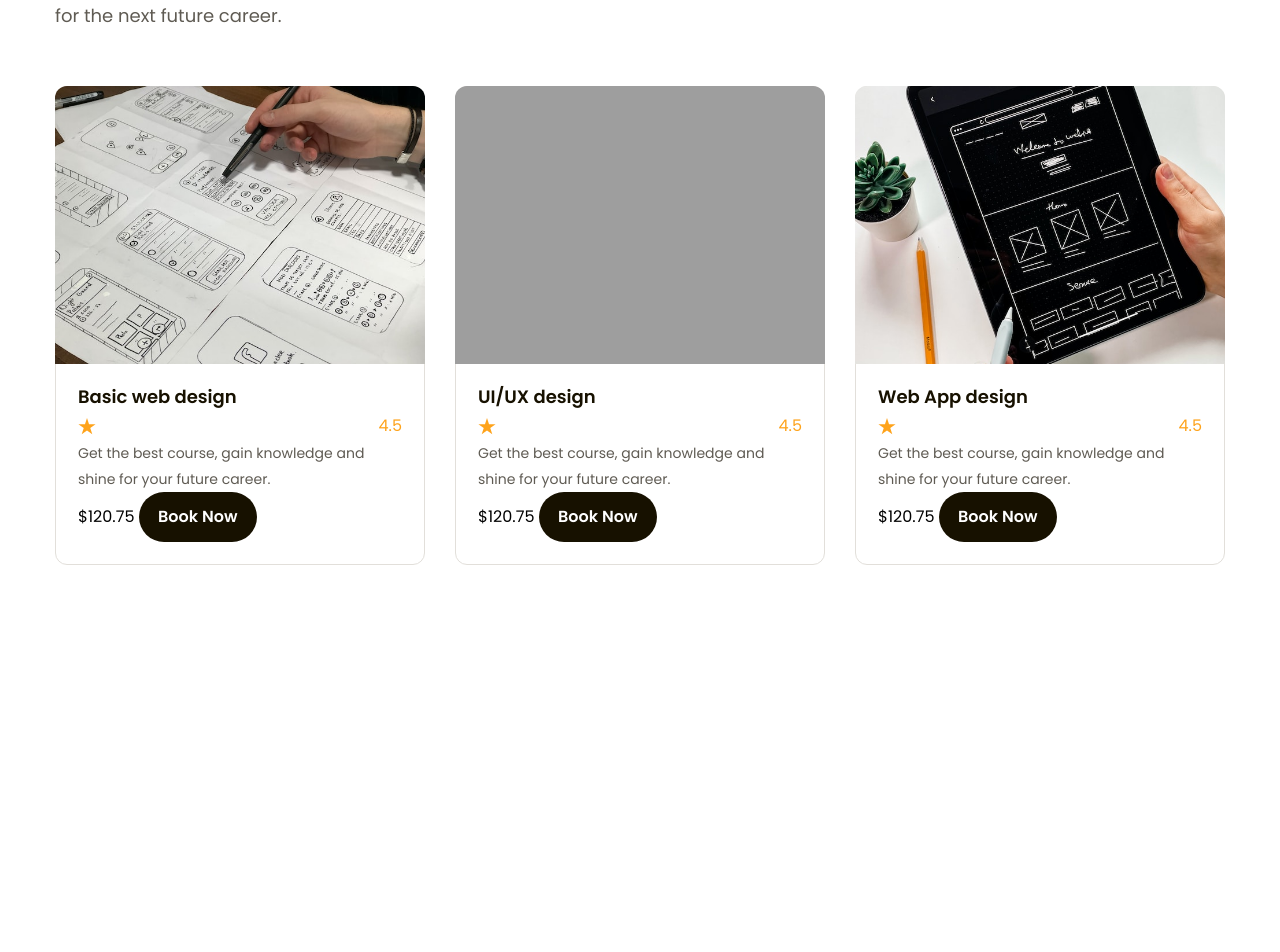
Repository: Tran-Dat/F8-Project-02
Page: index.html
These files come from the project's save history. The page is drawn as it stood at one moment and after the next save; the edit follows.
The browser window is 1280 px wide. The pictures show the part of the page from y = 1193 to 2145 px (the page is 3000 px tall).
Pictures or frames that could not be fetched are drawn as grey boxes. A picture or video elsewhere on the page could not be fetched, so the positions and the page height are approximate.

Above is the page before, as saved 2023-03-30 18:42:58.

### index.html
<!DOCTYPE html>
<html lang="en">
    <head>
        <meta charset="UTF-8" />
        <meta http-equiv="X-UA-Compatible" content="IE=edge" />
        <meta name="viewport" content="width=device-width, initial-scale=1.0" />
        <title>F8 Project 02</title>
        <!-- reset css -->
        <link rel="stylesheet" href="assets/css/reset.css" />

        <!-- Font gg -->
        <link rel="preconnect" href="https://fonts.googleapis.com" />
        <link rel="preconnect" href="https://fonts.gstatic.com" crossorigin />
        <link
            href="https://fonts.googleapis.com/css2?family=Poppins:ital,wght@0,400;0,500;0,600;0,700;1,400&family=Sen:wght@700&display=swap"
            rel="stylesheet"
        />

        <!-- styles css -->
        <link rel="stylesheet" href="assets/css/styles.css" />
    </head>
    <body>
        <main style="height: 3000px">
            <!-- Header -->
            <header class="header fixed">
                <div class="main-content">
                    <div class="body">
                        <!-- Logo -->
                        <img
                            src="./assets/img/Logo-Lesson.svg"
                            alt="Lesseon"
                            class="logo"
                        />

                        <!-- Nav -->
                        <nav class="nav">
                            <ul>
                                <li class="active">
                                    <a href="#!">Home</a>
                                </li>
                                <li>
                                    <a href="#!">Courses</a>
                                </li>
                                <li>
                                    <a href="#!">Pricing</a>
                                </li>
                                <li>
                                    <a href="#!">Reviews</a>
                                </li>
                            </ul>
                        </nav>

                        <!-- ACtion -->
                        <div class="action">
                            <a href="#!" class="btn sign-up-btn">sign up</a>
                        </div>
                    </div>
                </div>
            </header>

            <!-- Hero -->
            <div class="hero">
                <div class="main-content">
                    <div class="body">
                        <!-- hero left -->
                        <div class="media-block">
                            <img
                                src="./assets/img/Hero-img.jpg"
                                alt="Learn without limits and spread knowledge."
                                class="img"
                            />

                            <div class="hero-summary">
                                <!-- Item 1 -->
                                <div class="item">
                                    <div class="icon">
                                        <img
                                            src="./assets/icon/list.svg"
                                            alt=""
                                        />
                                    </div>
                                    <div class="info">
                                        <p class="lable">20 Courses</p>
                                        <p class="title">UI/UX Design</p>
                                    </div>
                                </div>

                                <!-- Item 2 -->
                                <div class="item">
                                    <div class="icon">
                                        <img
                                            src="./assets/icon/code.svg"
                                            alt=""
                                        />
                                    </div>
                                    <div class="info">
                                        <p class="lable">20 Courses</p>
                                        <p class="title">Development</p>
                                    </div>
                                </div>

                                <!-- Item 3 -->
                                <div class="item">
                                    <div class="icon">
                                        <img
                                            src="./assets/icon/speaker.svg"
                                            alt=""
                                        />
                                    </div>
                                    <div class="info">
                                        <p class="lable">30 Courses</p>
                                        <p class="title">Marketing</p>
                                    </div>
                                </div>
                            </div>
                        </div>

                        <!-- hero right -->
                        <div class="content-block">
                            <h1 class="heading lv1">
                                Learn without limits and spread knowledge.
                            </h1>
                            <p class="desc">
                                Build new skills for that “this is my year”
                                feeling with courses, certificates, and degrees
                                from world-class universities and companies.
                            </p>
                            <div class="cta-group">
                                <a href="" class="btn hero-cta">See Courses</a>
                                <button class="watch-video">
                                    <div class="icon">
                                        <img
                                            src="./assets/icon/play.svg"
                                            alt=""
                                        />
                                    </div>
                                    <span>Watch Video</span>
                                </button>
                            </div>
                            <p class="desc">Recent engagement</p>
                            <p class="desc stats">
                                <strong>50K</strong> Students
                                <strong>70+</strong> Courses
                            </p>
                        </div>
                    </div>
                </div>
            </div>

            <!-- Popular -->
            <div class="popular">
                <div class="main-content">
                    <!-- Popular-top -->
                    <div class="popular-top">
                        <div class="info">
                            <h2 class="heading lv2">Our popular courses</h2>
                            <p class="desc">
                                Build new skills with new trendy courses and
                                shine for the next future career.
                            </p>
                        </div>
                        <div class="controls">
                            <button class="control-btn">
                                <svg
                                    width="8"
                                    height="14"
                                    viewBox="0 0 8 14"
                                    fill="none"
                                    xmlns="http://www.w3.org/2000/svg"
                                >
                                    <path
                                        d="M7 1L1 7L7 13"
                                        stroke="currentColor"
                                        stroke-linecap="round"
                                        stroke-linejoin="round"
                                    />
                                </svg>
                            </button>
                            <button class="control-btn">
                                <svg
                                    width="8"
                                    height="14"
                                    viewBox="0 0 8 14"
                                    fill="none"
                                    xmlns="http://www.w3.org/2000/svg"
                                >
                                    <path
                                        d="M1 1L7 7L1 13"
                                        stroke="currentColor"
                                        stroke-linecap="round"
                                        stroke-linejoin="round"
                                    />
                                </svg>
                            </button>
                        </div>
                    </div>

                    <!-- Course-bottom -->
                    <div class="course-list">
                        <!-- course-item 1 -->
                        <div class="course-item">
                            <img
                                src="./assets/img/course-1.jpg"
                                alt="Basic web design"
                                class="thumb"
                            />
                            <div class="info">
                                <!-- head-info-course -->
                                <div class="head">
                                    <h3 class="title">Basic web design</h3>
                                    <div class="rating">
                                        <img
                                            src="./assets/icon/Star.svg"
                                            alt="star"
                                            class="star"
                                        />
                                        <span class="value">4.5</span>
                                    </div>
                                </div>

                                <!-- p-info-course -->
                                <p class="desc">
                                    Get the best course, gain knowledge and
                                    shine for your future career.
                                </p>

                                <!-- foot-info-course -->
                                <div class="foot">
                                    <span class="price">$120.75</span>
                                    <div class="btn">Book Now</div>
                                </div>
                            </div>
                        </div>

                        <!-- course-item 2 -->
                        <div class="course-item">
                            <img
                                src="./assets/img/course-2.jpg"
                                alt="UI/UX design"
                                class="thumb"
                            />
                            <div class="info">
                                <!-- head-info-course -->
                                <div class="head">
                                    <h3 class="title">UI/UX design</h3>
                                    <div class="rating">
                                        <img
                                            src="./assets/icon/Star.svg"
                                            alt="star"
                                            class="star"
                                        />
                                        <span class="value">4.5</span>
                                    </div>
                                </div>

                                <!-- p-info-course -->
                                <p class="desc">
                                    Get the best course, gain knowledge and
                                    shine for your future career.
                                </p>

                                <!-- foot-info-course -->
                                <div class="foot">
                                    <span class="price">$120.75</span>
                                    <div class="btn">Book Now</div>
                                </div>
                            </div>
                        </div>

                        <!-- course-item 3 -->
                        <div class="course-item">
                            <img
                                src="./assets/img/course-3.jpg"
                                alt="Web App design"
                                class="thumb"
                            />
                            <div class="info">
                                <!-- head-info-course -->
                                <div class="head">
                                    <h3 class="title">Web App design</h3>
                                    <div class="rating">
                                        <img
                                            src="./assets/icon/Star.svg"
                                            alt="star"
                                            class="star"
                                        />
                                        <span class="value">4.5</span>
                                    </div>
                                </div>

                                <!-- p-info-course -->
                                <p class="desc">
                                    Get the best course, gain knowledge and
                                    shine for your future career.
                                </p>

                                <!-- foot-info-course -->
                                <div class="foot">
                                    <span class="price">$120.75</span>
                                    <div class="btn">Book Now</div>
                                </div>
                            </div>
                        </div>
                    </div>
                </div>
            </div>
        </main>
    </body>
</html>

### assets/css/styles.css
* {
    box-sizing: border-box;
}

:root {
    --primary-color: #ffb900;
    --font-heading: Sen, sans-serif;
}

html {
    font-size: 62.5%;
}

body {
    font-size: 1.6rem;
    font-family: "Poppins", sans-serif;
}

/*=================================================================== Common ===================================================================*/
a {
    text-decoration: none;
}

.heading {
    font-weight: 700;
    font-size: 5.8rem;
    color: #171100;
    font-family: var(--font-heading);
}

.heading.lv1 {
    line-height: 1.17;
    letter-spacing: -0.02em;
}

.heading.lv2 {
    font-size: 3.8rem;
    line-height: 1.26;
}

.btn {
    display: inline-block;
    min-width: 118px;
    padding: 0 16px;
    line-height: 50px;
    font-weight: 600;
    font-size: 1.6rem;
    text-align: center;
    color: #ffffff;
    background: #171100;
    border-radius: 999px;
}

.btn:hover {
    opacity: 0.8;
}

.main-content {
    width: 1170px;
    max-width: calc(100% - 48px);
    margin-left: auto;
    margin-right: auto;
}

/*=================================================================== Header =================================================================== */

.header {
    background: #fffcf4;
}

.header.fixed {
    position: sticky;
    top: -28px;
    z-index: 10;
}

.header .body {
    display: flex;
    align-items: center;
    padding: 36px 0 8px;
}

.nav {
    margin-left: auto;
}

.nav ul {
    display: flex;
}

.nav a {
    position: relative;
    padding: 8px 21px;
    font-size: 1.6rem;
    color: #5f5b53;
}

.nav a:hover,
.nav li.active a {
    /* font-weight: 600; */
    text-shadow: 1px 0 0 currentColor;
    color: #171100;
}

.nav li.active a::after {
    position: absolute;
    left: 21px;
    bottom: 6px;
    display: block;
    content: "";
    width: 12px;
    height: 2px;
    background: #171100;
    border-radius: 1px;
}

.header .sign-up-btn {
    min-width: 144px;
}

.header .action {
    margin-left: 49px;
}

/*=================================================================== Hero =================================================================== */
.hero {
    padding: 56px 0 65px;
    background: #fffcf4;
}

.hero .body {
    display: flex;
}

/* ========= Hero-left========== */

.hero .media-block {
    width: 48%;
    position: relative;
}

.hero .media-block .img {
    width: 470px;
    height: 685px;
    object-fit: cover;
    border-radius: 20px;
    display: block;
}

.hero-summary {
    position: absolute;
    right: 0;
    bottom: 48px;
    padding: 24px 58px 24px 24px;
    background: #ffffff;
    box-shadow: 0px 16px 32px rgba(0, 0, 0, 0.05);
    border-radius: 12px;
}

.hero-summary .item {
    display: flex;
    align-items: center;
}

.hero-summary .item + .item {
    margin-top: 22px;
}

.hero-summary .icon {
    width: 48px;
    height: 48px;
    border-radius: 50%;
    display: flex;
    align-items: center;
    justify-content: center;
    background: #fff9e8;
}

.hero-summary .item:nth-of-type(2) .icon {
    background: #fcefff;
}

.hero-summary .item:nth-of-type(3) .icon {
    background: #ebeaff;
}

.hero-summary .info {
    margin-left: 16px;
}

.hero-summary .lable {
    font-size: 1.4rem;
    line-height: 1.86;
    color: #5f5b53;
}

.hero-summary .title {
    font-weight: 600;
    font-size: 1.8rem;
    line-height: 1.67;
    color: #171100;
}

/* ========= Hero-right========== */

.hero .content-block {
    width: 52%;
    padding: 64px 0 0 130px;
}

.hero .desc {
    margin-top: 22px;
    font-size: 1.8rem;
    line-height: 1.67;
    color: #5f5b53;
}

.hero .cta-group {
    display: flex;
    align-items: center;
    margin: 38px 0 48px;
}

.hero-cta {
    min-width: 180px;
    line-height: 64px;
    background-color: var(--primary-color);
}

.hero .watch-video {
    align-items: center;
    display: flex;
    margin-left: 28px;
    border: none;
    background: #fffcf4;
    cursor: pointer;
}

.hero .watch-video .icon {
    display: flex;
    align-items: center;
    justify-content: center;
    width: 40px;
    height: 40px;
    border-radius: 50%;
    background: #ffffff;
    box-shadow: 0px 8px 16px rgba(0, 0, 0, 0.07);
}

.hero .watch-video span {
    font-weight: 600;
    margin-left: 14px;
    font-size: 1.8rem;
    line-height: 1.67;
    color: #171100;
}

.hero .stats {
    margin: 8px 0 0 -28px;
}

.hero .stats strong {
    padding: 0 8px 0 28px;
    font-weight: 700;
    font-size: 4.4rem;
    line-height: 1.23;
    font-family: var(--font-heading);
    color: #171100;
}

/*=================================================================== Popular =================================================================== */

.popular {
    padding-top: 200px;
}

.popular-top {
    display: flex;
    justify-content: space-between;
    align-items: center;
}

.popular-top .desc {
    margin-top: 16px;
    width: 458px;
    font-size: 1.8rem;
    line-height: 1.67;
    color: #5f5b53;
}

.popular-top .controls {
    display: flex;
    gap: 18px;
}

.popular-top .control-btn {
    display: flex;
    align-items: center;
    justify-content: center;
    width: 40px;
    height: 40px;
    color: var(--primary-color);
    border: 1px solid var(--primary-color);
    border-radius: 50%;
    background: transparent;
}

.popular-top .control-btn:hover {
    color: #fff;
    background-color: var(--primary-color);
    border: 1px solid var(--primary-color);
    cursor: pointer;
}

/* ========= course-list ========= */

.popular .course-list {
    margin-top: 55px;
    gap: 30px;
    display: flex;
}

.popular .course-item {
    flex: 1;
    background: #fff;
    border: 1px solid #e2dfda;
    border-radius: 12px;
}

.popular .course-item .thumb {
    margin: -1px;
    width: calc(100% + 2px);
    height: 278px;
    object-fit: cover;
    border-radius: 12px 12px 0px 0px;
}

.popular .course-item .info {
    padding: 16px 22px 22px;
}
.popular .course-item .rating,
.popular .course-item .foot .popular .course-item .head {
    display: flex;
    align-items: center;
    justify-content: space-between;
}

.popular .course-item .title {
    font-weight: 600;
    font-size: 1.8rem;
    line-height: 1.67;
    color: #171100;
}

.popular .rating .value {
    margin-left: 6px;
    font-weight: 400;
    font-size: 1.6rem;
    line-height: 1.75;
    color: #fea31b;
}

.popular .course-item .desc {
    font-weight: 400;
    font-size: 1.4rem;
    line-height: 1.86;
    color: #5f5b53;
}

Loaded but not shown: assets/css/reset.css (common file)

After the next save:
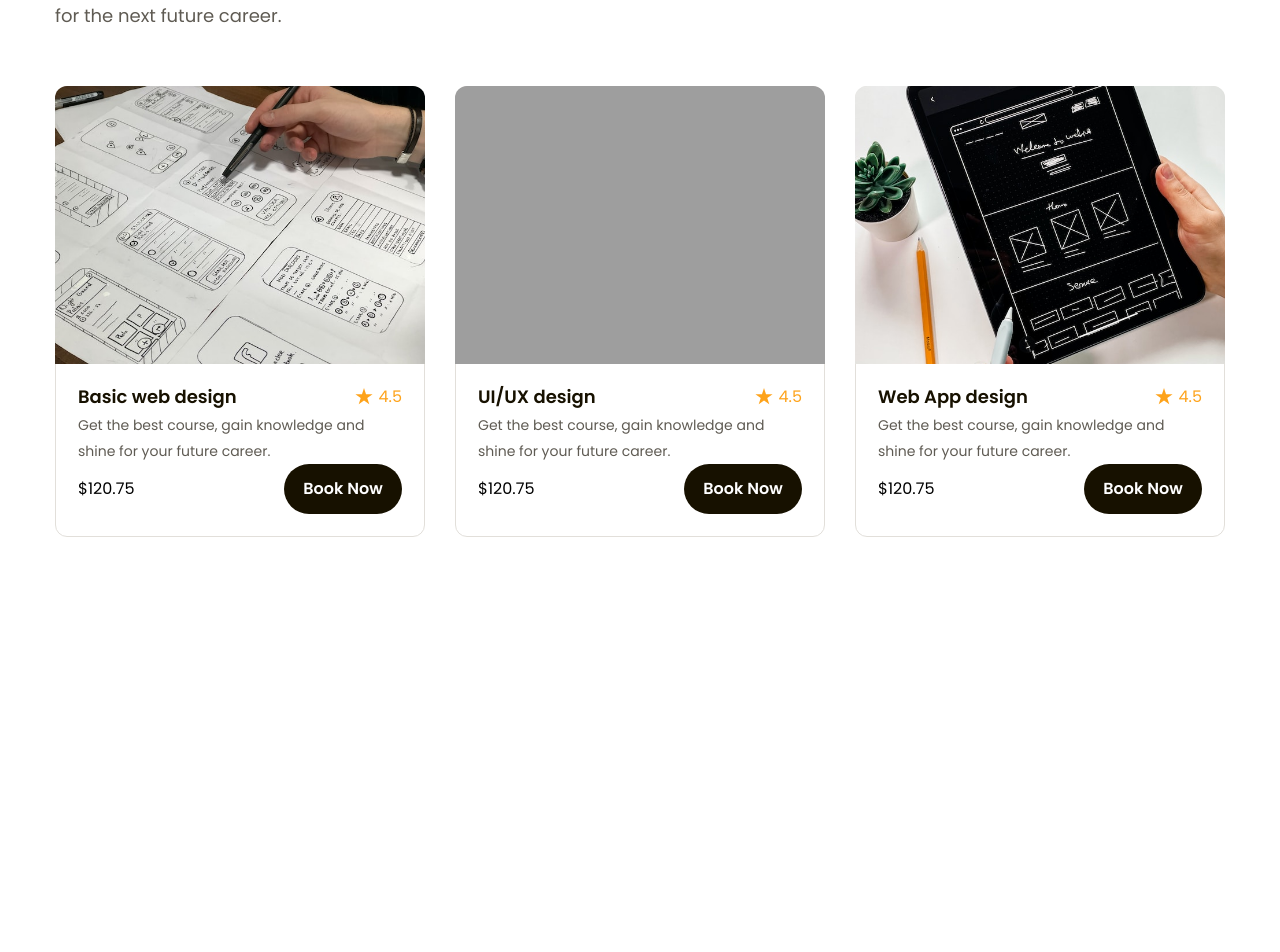
Saved 5 s later.
--- a/assets/css/styles.css
+++ b/assets/css/styles.css
@@ -339,7 +339,8 @@ a {
     padding: 16px 22px 22px;
 }
 .popular .course-item .rating,
-.popular .course-item .foot .popular .course-item .head {
+.popular .course-item .foot,
+.popular .course-item .head {
     display: flex;
     align-items: center;
     justify-content: space-between;
